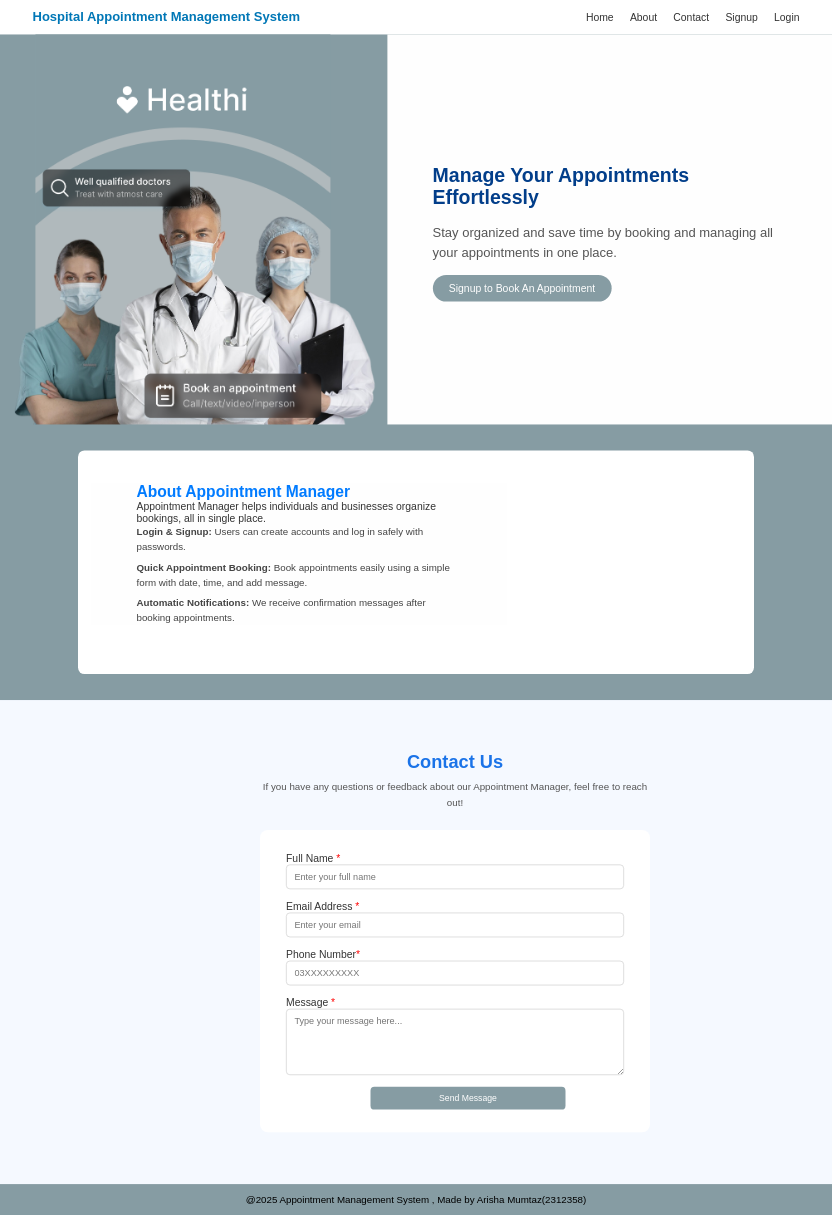
Repository: Arisha004/hospital-management-midterm-
Page: landingpage.html
An editor plug-in stored every save of this project. The page is shown before and after a run of saves, followed by the edit.
The browser window is 1280 px wide. The pictures show the whole page, at 65% of full size.

Above is the page before, as saved 2025-11-08 14:32:33.

### landingpage.html

<html>
<head>
  <title>Appointment Management System</title>
  <link rel="stylesheet" href="style.css">
  <style>

  h2 {
    color: #007bff;
  }
  button{
  display: inline-block;
  background-color: #869CA3;
  color: #fff;
  padding: 10px 22px;
  border: none;
  border-radius: 6px;
  cursor: pointer;
  font-weight: 500;
   text-align: center;
}


a{
  color: white;
  text-decoration: none;
}
  </style>
</head>
<body>
  <header class="navbar">
    <div class="logo">Hospital Appointment Management System</div>
    <nav>
      <ul>
        <li><a href="#landing">Home</a></li>
        <li><a href="about.html">About</a></li>
        <li><a href="contact.html">Contact</a></li>
        <li><a href="signup.php">Signup</a></li>
        <li><a href="login.php">Login</a></li>

      </ul>
    </nav>
  </header>


  <section class="landing">
      <div class="right"></div>
    <div class="left">
      <h1>Manage Your Appointments Effortlessly</h1>
      <p>Stay organized and save time by booking and managing all your appointments in one place.</p>
      <a href="signup.php" class="btn">Signup to Book An Appointment</a>
    </div>

  </section>

<section class="container about-inner">
    <section class="landingabout">
      <div class="rightabout"></div>
    <div class="leftabout">
        <h2>About Appointment Manager</h2>
        <p>Appointment Manager helps individuals and businesses organize bookings, all in single place.</p>
        <ul class="features">
              <li><strong> Login & Signup:</strong> Users can create accounts and log in safely with  passwords.</li>
<li><strong>Quick Appointment Booking:</strong> Book appointments easily using a simple form with date, time, and add message.</li>
<li><strong>Automatic Notifications:</strong> We receive confirmation messages after booking appointments.</li>

        </ul>
      </div>
    </div>
  </section>
  </section>

<section id="contact" class="contact">
    <div class="container contact-inner">
      <h2>Contact Us</h2>
      <p>If you have any questions or feedback about our Appointment Manager, feel free to reach out!</p>

      <form action="insertcontactform.php" method="post" class="contact-form">
        <div class="form-group">
          <label>Full Name <span>*</span></label>
          <input type="text" id="name" name="name" placeholder="Enter your full name" pattern="^[A-Za-z]{3,}( [A-Za-z]+)?$" title="Full name should contain only letters and spaces, and must be at least 3 characters long.">

        </div>

        <div class="form-group">
          <label>Email Address <span>*</span></label>
          <input type="email" id="email" name="email" placeholder="Enter your email" title="Please enter a valid email address, e.g. example@gmail.com." required>
        </div>

        <div class="form-group">
          <label>Phone Number<span>*</span></label>
          <input type="tel" id="phone" name="phone" placeholder="03XXXXXXXXX" required pattern="[0-9]{11}" title="Enter 11-digit number only">
        </div>

        <div class="form-group">
          <label>Message <span>*</span></label>
          <textarea id="message" name="message" rows="5" placeholder="Type your message here..." required  pattern=".*\S.*" minlength="10"  title="Message must be at least 10 characters long.Cannot enter only spaces"></textarea>
        </div>

        <button type="submit" class="btn">Send Message</button>
      </form>
    </div>
</section>



  <footer>
    <p> @2025 Appointment Management System , Made by Arisha Mumtaz(2312358)</p>
  </footer>
</body>
</html>

### style.css

* {
  margin: 0;
  padding: 0;
  font-family: 'Poppins', sans-serif;
}

body {
  background: #869CA3;
  color: #333;
}

.about {
  background-color: #f9f9f9;
  padding: 80px 0; /*80px top & bottom, 0 left & right */
}

.about-image img {

  width: 450px;
  border-radius: 10px;
}

.about-content {
  margin-top: 20px;
  width: 300px;
}

.about-content h2 {
  font-size: 28px;
  color: #1a73e8;
  margin-bottom: 15px;
}

.about-content p {
  font-size: 16px;
  color: #555;
  line-height: 1.6;
  margin-bottom: 20px;
}

.features {
  list-style: none;
  padding: 0;
  margin-bottom: 25px;
}

.features li {
  margin-bottom: 10px;
  color: #444;
  font-size: 15px;
  line-height: 1.5;
}



.contact {
  background-color: #f5f9ff;
  padding: 80px 0;
}

.contact-inner {
  width: 600px;
  margin-left: 400PX;
  text-align: center;
}

.contact h2 {
  font-size: 28px;
  color: #1a73e8;
  margin-bottom: 10px;
}

.contact p {
  color: #555;
  margin-bottom: 30px;
  font-size: 15px;
  line-height: 1.6;
}

.card {
  background-color: #869CA3;
  width: 280px;
  padding: 20px;
  border-radius: 10px;
  box-shadow: 0 0 8px rgba(0,0,0,0.1);
  text-align: left;
}
.card-container {
  display: flex;
  justify-content: center;
  gap: 20px;
}


.card h4 {
  font-size: 18px;
  margin-bottom: 10px;
  color: lightcyan;
}

.card p {
  font-size: 15px;
  color: whitesmoke;
  line-height: 1.5;
}



.contact-form {
  background-color: #fff;
  padding: 35px 40px;
  border-radius: 12px;
  text-align: left;
}

.form-group {
  margin-bottom: 18px;
}
.about-cards {
  text-align: center;
  padding: 40px 20px;
  background-color: #f5f5f5;
}

.about-cards h3 {
  font-size: 24px;
  margin-bottom: 30px;
  color: black;
}


label {
  font-weight: 500;
  margin-bottom: 6px;
  color: #333;
}

label span {
  color: red;
}

input, textarea {
  width: 100%;
  padding: 10px 12px;
  border: 1px solid #ccc;
  border-radius: 6px;
  font-size: 14px;
}



.contact-form .btn {
  display: inline-block;
  background-color: #869CA3;
  color: #fff;
  padding: 10px 22px;
  border: none;
  border-radius: 6px;
  cursor: pointer;
  font-weight: 500;

  margin-left: 130px;
   text-align: center;
}


.navbar {
  display: flex;
  justify-content: space-between;
  align-items: center;
  padding: 15px 50px;
  background: #fff;

 }

.navbar .logo {
  font-weight: 700;
  font-size: 20px;
  color: #0077b6;
}

.navbar ul {
  display: flex;
  list-style: none;
}

.navbar ul li a {
  text-decoration: none;
  color: #333;
  margin-left: 25px;
}

/*.landing becomes a flex container.
Its children (e.g., .left and .right) automatically become flex items.flex items are IN horizontally (row direction).*/

.landing {
  display: flex;
  height: 600px;
}

.landing .leftabout {
  display: flex;
  height: 300px;
}


  button{

  display: inline-block;
  background-color: #869CA3;
  color: #fff;
  padding: 10px 22px;
  border: none;
  border-radius: 6px;
  cursor: pointer;
  font-weight: 500;

   text-align: center;
}


.landing .left,.landingabout .leftabout {

  width: 50%;
  padding: 0 70px; /*adds 70px space on left and right (inner spacing).*/
  background: #fefefe;
}


.landing .left h1 {
  margin-top: 200px;
  font-size: 30px;
  color: #023e8a;
  margin-bottom: 20px;
}

.landing .left p {
  font-size: 20px;
  color: #555;
  margin-bottom: 30px;
  line-height: 1.6;
}

.btn {
  background: #869CA3;
  color: #fff;
  padding: 12px 25px;
  border-radius: 30px;
  text-decoration: none;
  font-weight: 300;
  width: 300px;
}


.landing .right {
  width:700px;
  background:url(images/pic1.png);
  background-repeat: no-repeat;
  background-size: cover;
}





.form1-container {
  width: 520px;
  margin: 80px auto;
  background: white;
  padding: 20px;
  border-radius: 8px;
}

.form1-container h2 {
  text-align: center;
  color: #333;
}

.form1-container label {
  display: block;
  margin-top: 10px;
  color: #555;
}

.form1-container input {
  width: 100%;
  padding: 8px;
  margin-top: 5px;
  border: 1px solid #ccc;
  border-radius: 4px;
}

.form1-container button {
  width: 100%;
  margin-top: 15px;
  padding: 10px;
  background: #869CA3;
  border: none;
  color: white;
  border-radius: 4px;
  cursor: pointer;
}


.form1-container p {
  text-align: center;
  margin-top: 10px;
}

.success {
  text-align: center;
  background: #d4edda;
  color: #155724;
  padding: 8px;
  border-radius: 5px;
  margin: 10px auto;
  width: 320px;
}

.error {
  text-align: center;
  background: #f8d7da;
  color: #721c24;
  padding: 8px;
  border-radius: 5px;
  margin: 10px auto;
  width: 320px;
}

footer {
  text-align: center;
  padding: 15px;
 background-color:#869CA3;
  color: black;
  font-size: 15px;

}

.container.about-inner {
  padding: 50px 20px;
  background-color: #fff;
  margin: 40px auto;
  width: 1000px;
  border-radius: 10px;

}
.landingabout .rightabout {
  width:500px;
  background:url(images/pic2.png);
  background-repeat: no-repeat;
  background-size: contain;
}



.about-content {
  width: 600px;
}

.about-content h2 {
  font-size: 28px;
  margin-bottom: 15px;
  color: #222;
}

.about-content p {
  font-size: 16px;
  line-height: 1.6;
  margin-bottom: 15px;
}

After the next 2 saves:
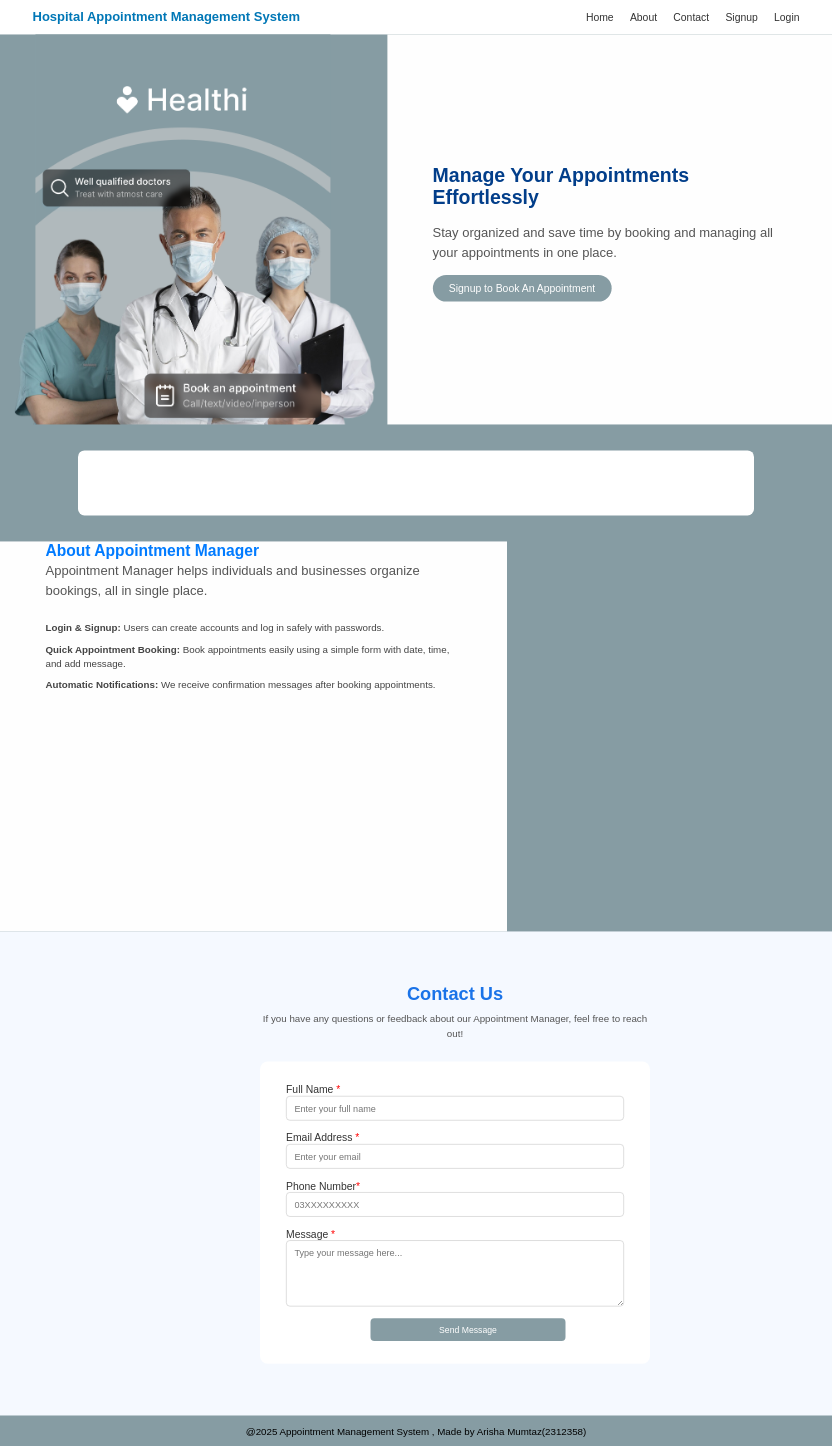
The 2 saves are shown as one change because they came seconds apart.
The last was saved 13 s later.
--- a/landingpage.html
+++ b/landingpage.html
@@ -53,10 +53,10 @@ a{
 
   </section>
 
-<section class="container about-inner">
-    <section class="landingabout">
+<section class="container about-inner"></section>
+    <section class="landing">
       <div class="rightabout"></div>
-    <div class="leftabout">
+    <div class="left">
         <h2>About Appointment Manager</h2>
         <p>Appointment Manager helps individuals and businesses organize bookings, all in single place.</p>
         <ul class="features">
@@ -67,7 +67,6 @@ a{
         </ul>
       </div>
     </div>
-  </section>
   </section>
 
 <section id="contact" class="contact">
